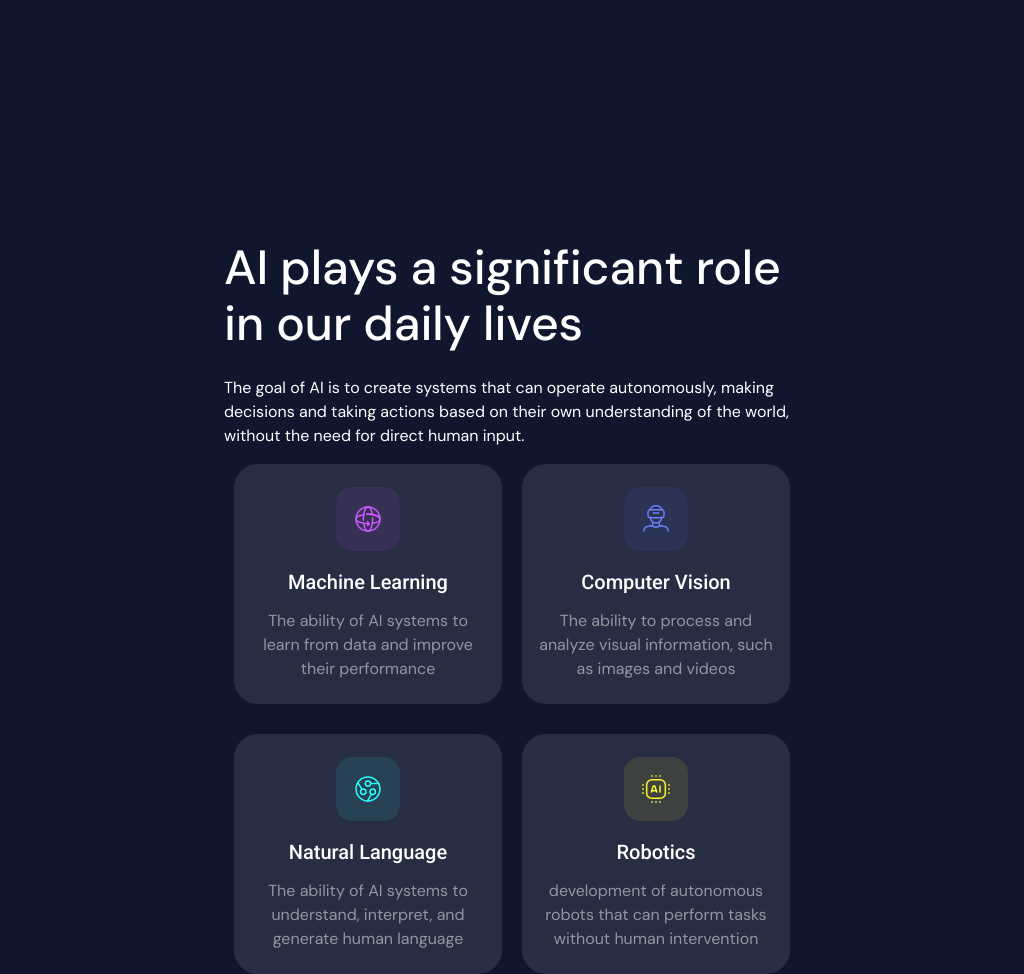
Repository: alphatra/INVO-Academy
Page: / (app in [lvl 1] Sekcja 4 obszarów AI/Starter-code/)
The author's editor kept a copy of each file at every save. The page is drawn from the files as they stood at one save, then again after the next save.
The browser window is 1024 px wide. The pictures show the whole page.
The project was rebuilt for these pictures with package versions that can differ from the ones it lists, and the page was loaded fresh each time.

Above is the page before, as saved 2023-02-23 23:44:23.
Console error: TypeError: Cannot read properties of null (reading 'addEventListener')

After the next save:
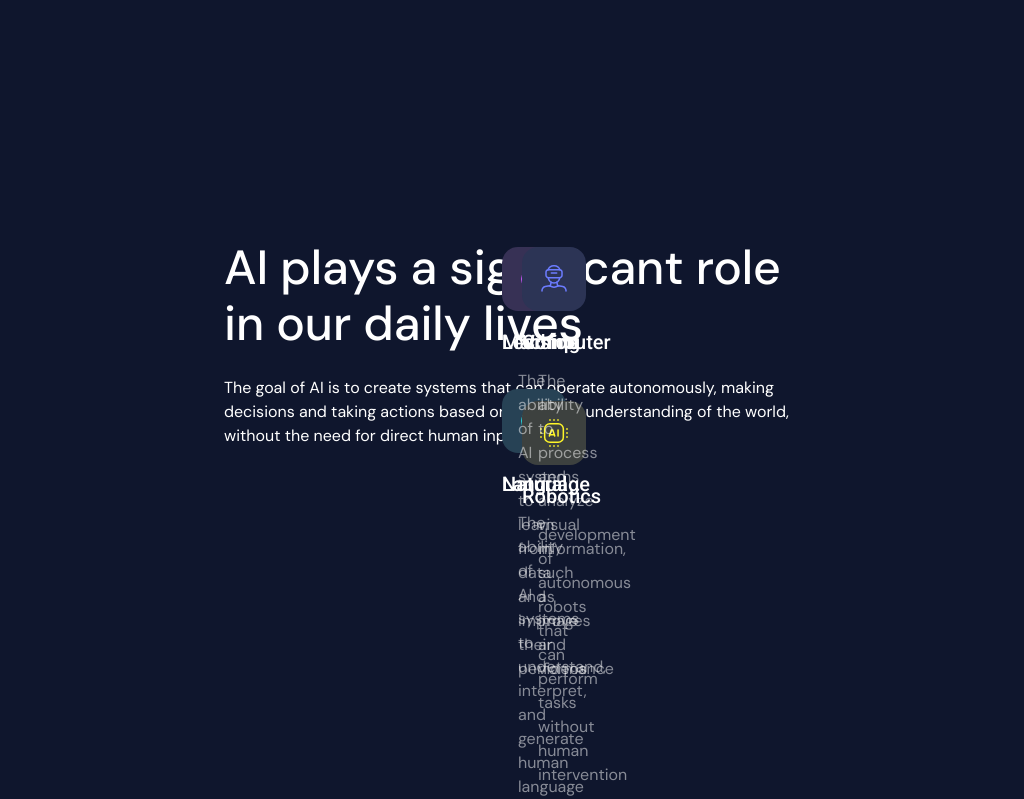
Saved 25 s later.
--- a/[lvl 1] Sekcja 4 obszarów AI/Starter-code/src/pages/home-page/styles/home-page.scss
+++ b/[lvl 1] Sekcja 4 obszarów AI/Starter-code/src/pages/home-page/styles/home-page.scss
@@ -99,7 +99,8 @@
         }
 
         .categories__category {
-
+            width: 0;
+            height: 0;
         }
     }
 

After the save that followed:
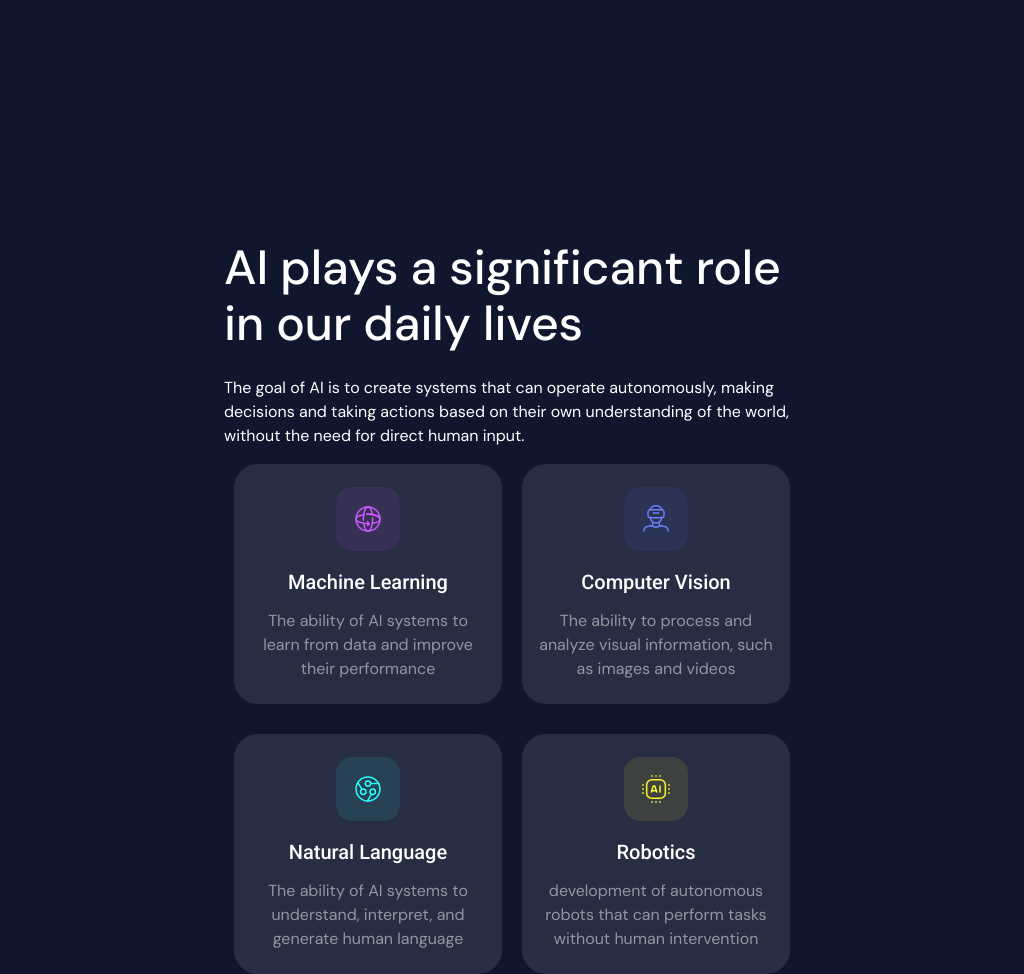
Saved 10 s later.
--- a/[lvl 1] Sekcja 4 obszarów AI/Starter-code/src/pages/home-page/styles/home-page.scss
+++ b/[lvl 1] Sekcja 4 obszarów AI/Starter-code/src/pages/home-page/styles/home-page.scss
@@ -99,8 +99,8 @@
         }
 
         .categories__category {
-            width: 0;
-            height: 0;
+            width: none;
+            height: none;
         }
     }
 
